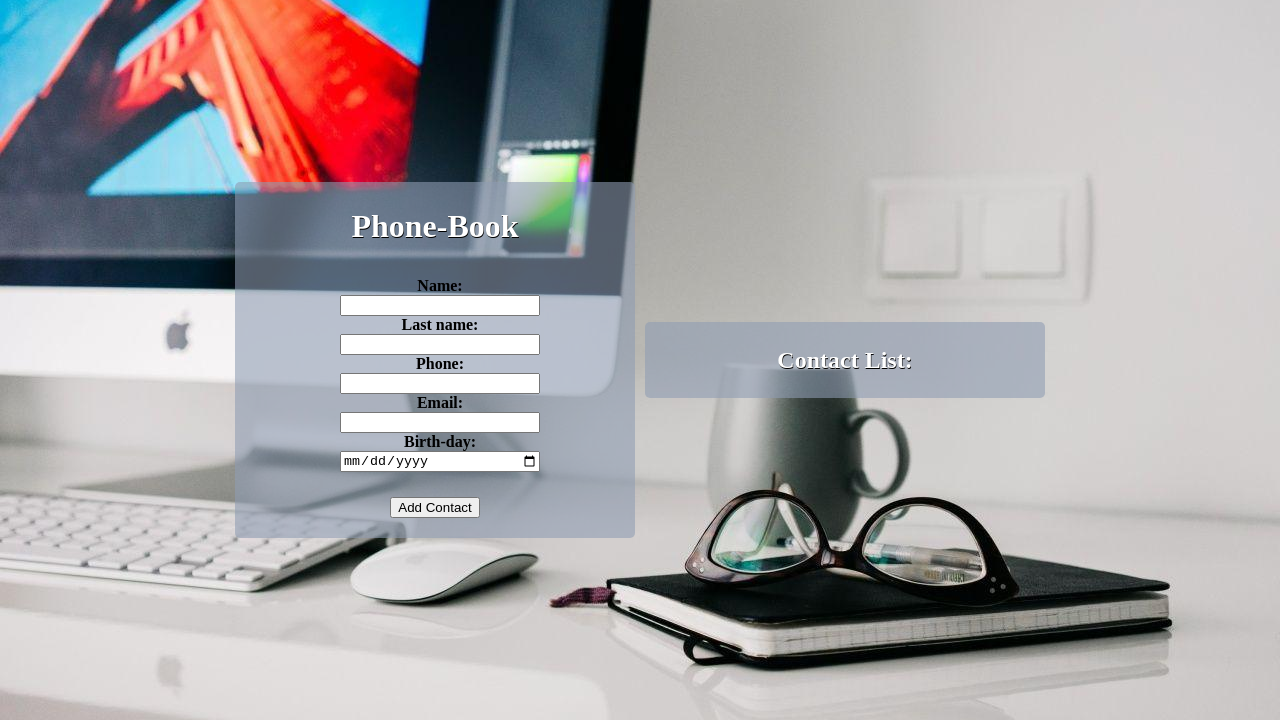
Repository: STA1357/Phone-book
Page: Inner.html
The author's editor kept a copy of each file at every save. The page is drawn from the files as they stood at one save, then again after the next save.
The browser window is 1280 px wide. The pictures show the whole page.

Above is the page before, as saved 2020-12-10 11:56:58.

After the next save:
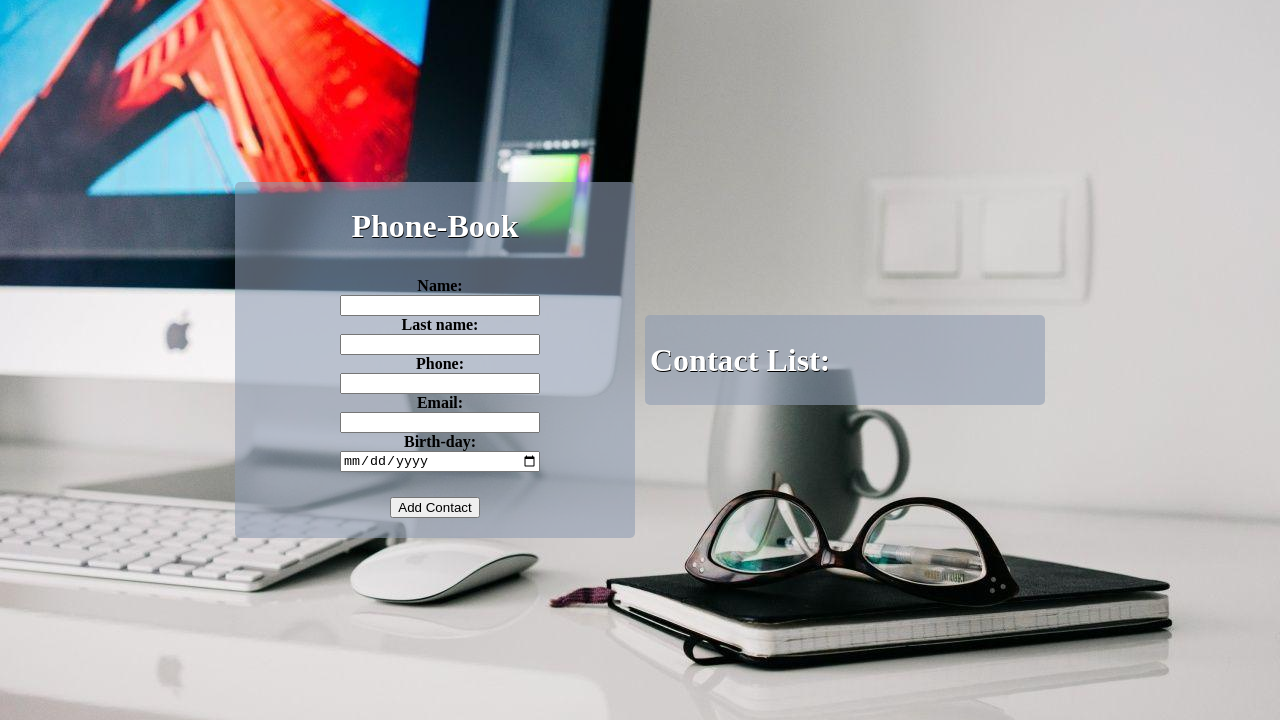
Saved 16 s later.
--- a/Inner.html
+++ b/Inner.html
@@ -37,7 +37,7 @@
     </div>
     </form>
 <div class="list-container">
-    <h2 class="listTitle">Contact List:</h2>
+    <h1 class="listTitle">Contact List:</h1>
     <ul id="users"></ul>
 </div>
 </body>

After the save that followed:
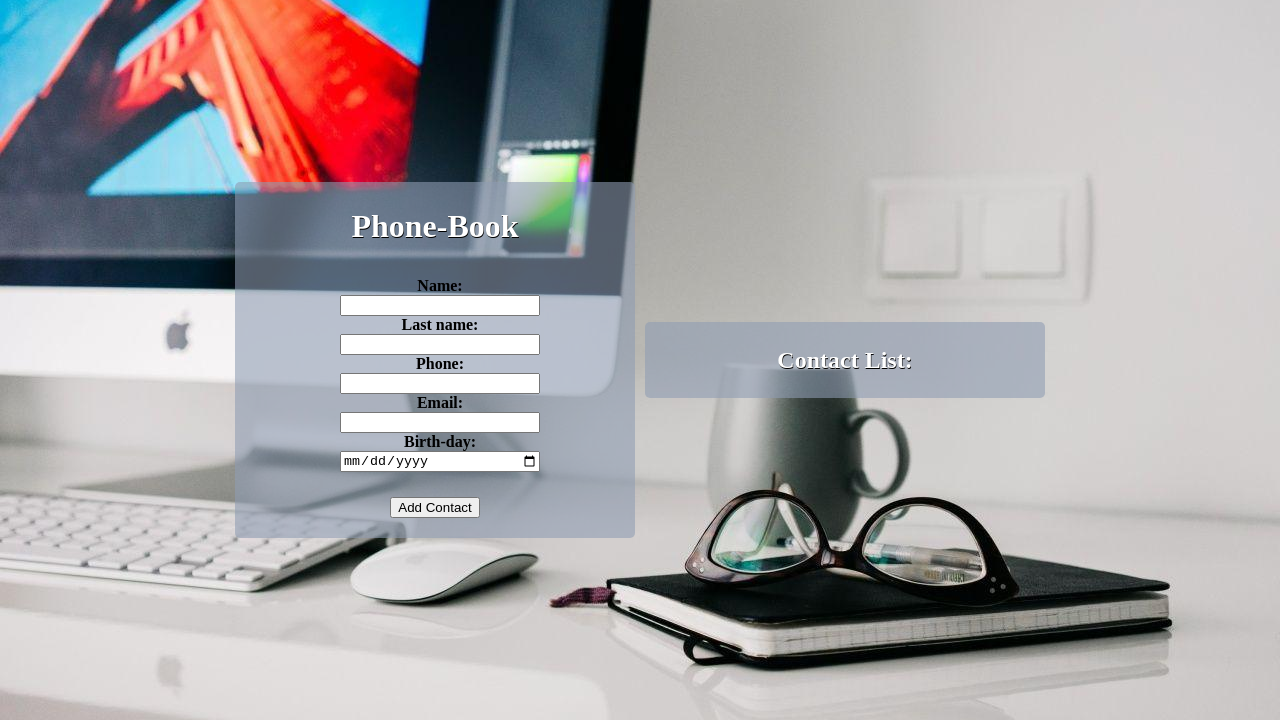
Saved 12 s later.
--- a/Inner.html
+++ b/Inner.html
@@ -37,7 +37,7 @@
     </div>
     </form>
 <div class="list-container">
-    <h1 class="listTitle">Contact List:</h1>
+    <h2 class="listTitle">Contact List:</h2>
     <ul id="users"></ul>
 </div>
 </body>
